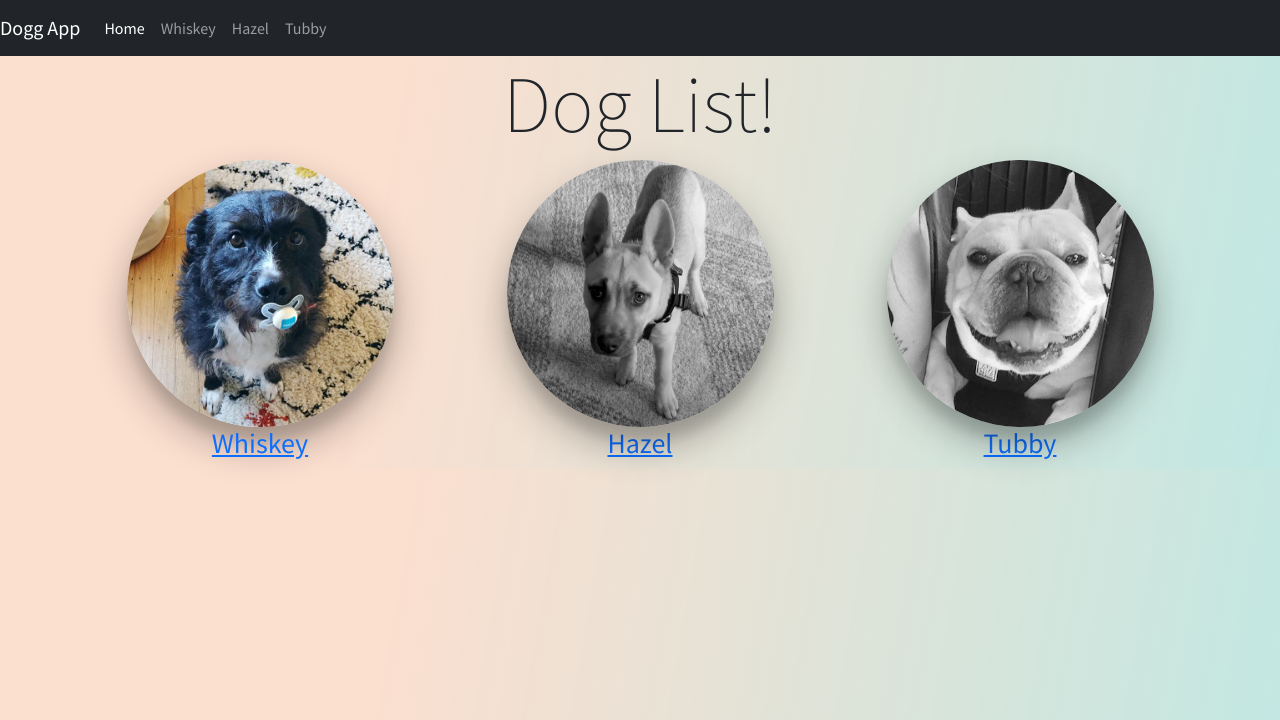
Repository: zhapar/dogs
Page: /dogs
An editor plug-in stored every save of this project. The page is shown before and after the next save, followed by the edit.
The browser window is 1280 px wide. The pictures show the whole page.
The pointer rests on the first visible `.Dog`.
The project was rebuilt for these pictures with package versions that can differ from the ones it lists, and the page was loaded fresh each time. A package was used in the major version that the imports need, not the one package.json lists. Also part of the build but not shown: src/DogDetails.js, src/App.css.

Above is the page before, as saved 2020-09-06 13:04:37.

After the next save:
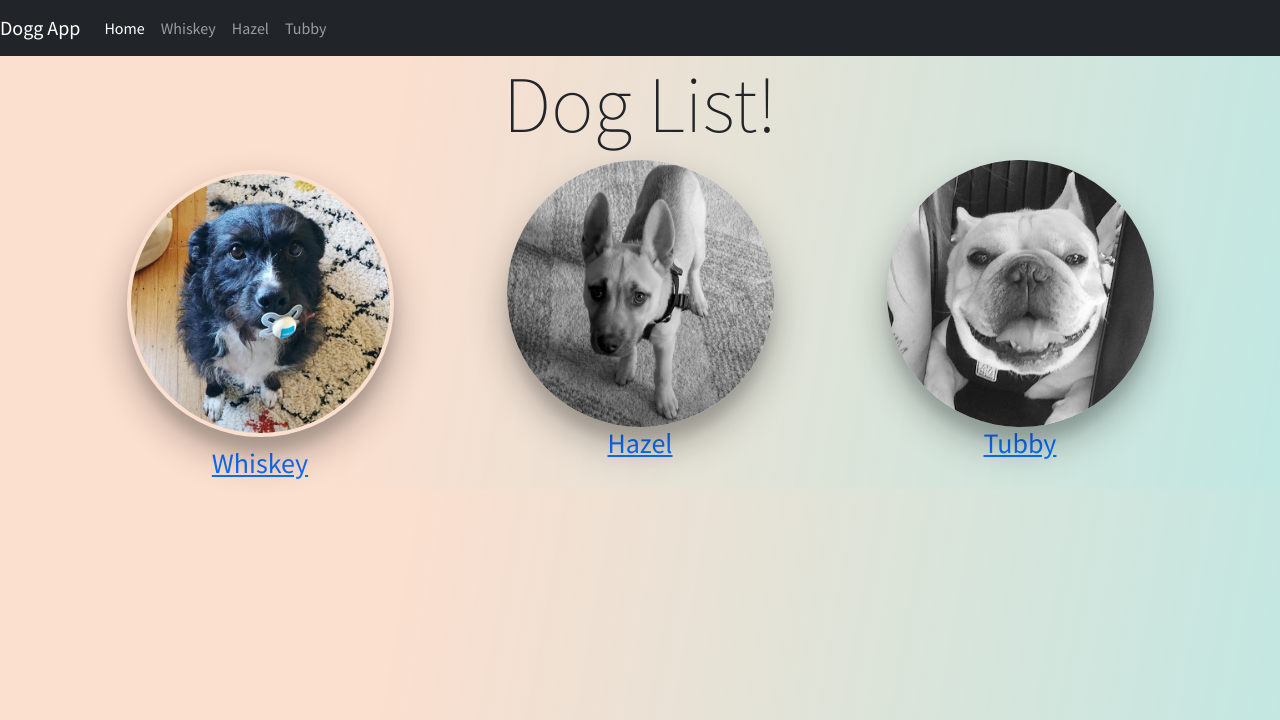
Saved 118 s later.
--- a/src/DogList.css
+++ b/src/DogList.css
@@ -7,4 +7,15 @@
 
 .Dog:hover img {
   filter: none;
+  border: 4px solid transparent;
+  display: inline-block;
+  vertical-align: top;
+  line-height: 36px;
+  text-transform: uppercase;
+  color: #000000;
+  letter-spacing: 0.2em;
+  text-align: center;
+  font-size: 1.4rem;
+  margin: 10px;
+  position: relative;
 }
